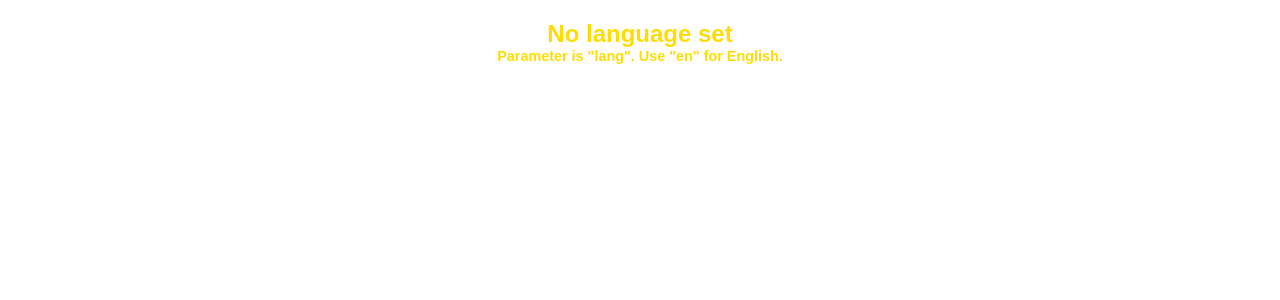
Repository: cirisus/ArknighTimer
Page: timer.html
These files come from the project's save history. The page is drawn as it stood at one moment and after the next save; the edit follows.
The browser window is 1280 px wide. The pictures show the whole page.

Above is the page before, as saved 2024-03-09 00:16:43.

### timer.html
<!DOCTYPE html>
<html>
  <head>
    <meta charset="UTF-8">
    <meta name="description" content="明日方舟同人中文站计时器本体">
    <meta name="keywords" content="arknights,wiki,timer">
    <link rel="stylesheet" href="/ArknighTimer/timer.css">
    <script src="/ArknighTimer/timer.js"></script>
    <title>计时器初始化中……</title>
  </head>

  <body>
    <noscript>This application requires Javascript to function.</noscript>

    <div id="timer">
      <h2 id="title"></h2>

      <div id="clock">
        <div id="years-div" class="unit">
          <span id="years" class="unit-value"></span>
          <span id="years-label" class="unit-label"></span>
        </div>

        <div id="months-div" class="unit">
          <span id="months" class="unit-value"></span>
          <span id="months-label" class="unit-label"></span>
        </div>

        <div id="days-div" class="unit">
          <span id="days" class="unit-value"></span>
          <span id="days-label" class="unit-label"></span>
        </div>

        <div id="hours-div" class="unit">
          <span id="hours" class="unit-value"></span>
          <span id="hours-label" class="unit-label"></span>
        </div>

        <div id="minutes-div" class="unit">
          <span id="minutes" class="unit-value"></span>
          <span id="minutes-label" class="unit-label"></span>
        </div>

        <div id="seconds-div" class="unit">
          <span id="seconds" class="unit-value"></span>
          <span id="seconds-label" class="unit-label"></span>
        </div>
      </div>
    </div>
  </body>
</html>

### timer.css
@import url('https://fonts.googleapis.com/css2?family=Bebas+Neue&display=swap');
/* Main elements */
body {
  font-family: Arial, sans-serif;
}
#timer {
  border-color: rgb(var(--primary-accent));
  background: repeating-linear-gradient(-45deg, rgb(var(--primary-accent)), rgb(var(--primary-accent)) 45px, rgb(var(--secondary-accent)) 0, rgb(var(--secondary-accent)) 90px);
}
#title {
  text-align: center;
}

#clock {
  background-color: rgb(var(--scale-3));
  -webkit-backdrop-filter: blur(5rem);
  backdrop-filter: blur(5rem);
  text-align: center;
  border-radius: 0.25em;
  padding: 1em;
  margin: 1em;
}

.unit {
  display: inline-block;
  margin: 0.5em;
}

.unit-value {
  font-family: "Bebas Neue", sans-serif;
  font-size: 2em;
  background-color: #ccc;
  border-radius: 0.25em;
  padding: 0.15em;
}

.unit-label {
  font-size: 1.5em;
}

/* Basic utility classes */
.hidden {
  display: none;
}

.error {
  color: #fd0;
}

.error-secondary {
  font-size: 0.6em;
}

.progress {
  color: black;
}

.finished {
  color: #282;
}

### timer.js
// Constants
var SECONDS_MS = 1000;
var MINUTES_MS = SECONDS_MS * 60;
var HOURS_MS = MINUTES_MS * 60;
var DAYS_MS = HOURS_MS * 24;

var SECONDS_ENUM = 0;
var MINUTES_ENUM = 1;
var HOURS_ENUM = 2;
var DAYS_ENUM = 3;
var MONTHS_ENUM = 4;
var YEARS_ENUM = 5;

// Initialization errors are only in English unfortunately.
function setError(primary, secondary = null) {
  var titleElement = document.getElementById('title');
  titleElement.classList.add('error');
  titleElement.innerText = primary;

  var clockElement = document.getElementById('clock');
  clockElement.classList.add('hidden');

  if (secondary) {
    var messageElement = document.createElement('div');
    messageElement.classList.add('error-secondary');
    messageElement.innerText = secondary;
    titleElement.appendChild(messageElement);
  }
}

// Localization
function getMessage(language, messageKey) {
  var translations = {
    // English
    'en': {
      'timer-description': 'Timer expiring at',
      'timer-progress': 'This timer will expire in',
      'timer-finished': 'This timer has been expired since',
      'years': 'years',
      'months': 'months',
      'days': 'days',
      'hours': 'hours',
      'minutes': 'minutes',
      'seconds': 'seconds',
    },

    // French
    'fr': {
      'timer-description': 'Fin du compte à rebours à',
      'timer-progress': 'Ce compte à rebours se terminera dans',
      'timer-finished': 'Ce compte à rebous est terminé depuis',
      'years': 'ans',
      'months': 'mois',
      'days': 'jours',
      'hours': 'heures',
      'minutes': 'minutes',
      'seconds': 'secondes',
    },

    // Pig Latin
    'pig': {
      'timer-description': 'Imertay expiringyay atyay',
      'timer-progress': 'Isthay imertay illway expireyay inyay',
      'timer-finished': 'Isthay imertay ashay eenbay expiredyay incesay',
      'years': 'earsyay',
      'months': 'onthsmay',
      'days': 'aysday',
      'hours': 'ourshay',
      'minutes': 'inutesmay',
      'seconds': 'econdssay',
    },

    // Spanish
    'es': {
      'timer-description': 'El temporizador finaliza en',
      'timer-progress': 'El temporizador finalizará en',
      'timer-finished': 'El temporizador ha finalizado desde hace',
      'years': 'años',
      'months': 'meses',
      'days': 'días',
      'hours': 'horas',
      'minutes': 'minutos',
      'seconds': 'segundos',
    },

    // Vietnamese
    'vi': {
      'timer-description': 'Đồng hồ kết thúc vào',
      'timer-progress': 'Đồng hồ sẽ kết thúc trong',
      'timer-finished': 'Đồng hồ này đã kết thúc kể từ',
      'years': 'năm',
      'months': 'tháng',
      'days': 'ngày',
      'hours': 'giờ',
      'minutes': 'phút',
      'seconds': 'giây',
    },

    // Simplified Chinese
    'cn': {
      'timer-description': '此计时器将过期于：',
      'timer-progress': '此计时器将过期于：',
      'timer-finished': '此计时器已过期：',
      'years': '年',
      'months': '月',
      'days': '日',
      'hours': '时',
      'minutes': '分',
      'seconds': '秒',
    },
  };

  // Special case:
  // The 'test' language just echoes the message key back out.
  if (language === 'test') {
    return messageKey;
  }

  // Get message based on language
  var messages = translations[language];
  if (!messages) {
    setError('No translations for language: ' + language);
    return null;
  }

  var message = messages[messageKey];
  if (!message) {
    setError('No such message key: ' + messageKey);
    return null;
  }

  return message;
}

function insertCSS(styling) {
  var head = document.head || document.getElementsByTagName('head')[0];
  var style = document.createElement('style');

  style.type = 'text/css';
  style.appendChild(document.createTextNode(styling));
  head.appendChild(style);
}

function getDaysInFebruary(startYear) {
  return (startYear % 4 === 0 && startYear % 100 !== 0)
    || startYear % 400 === 0 ? 29 : 28;
}

function elapsedData(targetTime) {
  var now = new Date();
  var elapsed = now - targetTime;

  if (elapsed >= 0) {
    // Date is in the past
    return {
      elapsed: elapsed,
      finished: true,
      startTime: targetTime,
      endTime: now,
    };
  } else {
    // Date is in the future
    return {
      elapsed: -elapsed,
      finished: false,
      startTime: now,
      endTime: targetTime,
    };
  }
}

// Based on https://stackoverflow.com/a/49201872
// Calculate differences greater than a day.
function dateDiff(startDate, endDate) {
  // Trim sub-day differences to avoid 0.8 days from rounding up.
  var diff = endDate - startDate;
  diff -= Math.floor(diff % DAYS_MS);
  endDate = new Date(startDate.getTime() + diff);

  // Get month data
  var february = getDaysInFebruary(startDate.getFullYear());
  var daysInMonth = [31, february, 31, 30, 31, 30, 31, 31, 30, 31, 30, 31];

  var yearDiff = endDate.getFullYear() - startDate.getFullYear();
  var monthDiff = endDate.getMonth() - startDate.getMonth();
  if (monthDiff < 0) {
    yearDiff--;
    monthDiff += 12;
  }

  var dayDiff = endDate.getDate() - startDate.getDate();
  if (dayDiff < 0) {
    if (monthDiff > 0) {
      monthDiff--;
    } else {
      yearDiff--;
      monthDiff = 11;
    }

    dayDiff += daysInMonth[startDate.getMonth()];
  }

  return {
    years: yearDiff,
    months: monthDiff,
    days: dayDiff,
  };
}

// Calculate difference in time, in all units
function timeRemaining(targetTime) {
  var data = elapsedData(targetTime);

  // Differences > 1 day
  var dateDiffs = dateDiff(data.startTime, data.endTime);
  var years = dateDiffs.years;
  var months = dateDiffs.months;
  var days = dateDiffs.days;

  // Differences < 1 day
  var elapsed = Math.floor(data.elapsed % DAYS_MS);

  var hours = Math.floor(elapsed / HOURS_MS);
  elapsed = Math.floor(elapsed % HOURS_MS);

  var minutes = Math.floor(elapsed / MINUTES_MS);
  elapsed = Math.floor(elapsed % MINUTES_MS);

  var seconds = Math.floor(elapsed / SECONDS_MS);
  elapsed = Math.floor(elapsed % MINUTES_MS);

  // Get highest unit present
  var highest;
  if (years > 0) {
    highest = YEARS_ENUM;
  } else if (months > 0) {
    highest = MONTHS_ENUM;
  } else if (days > 0) {
    highest = DAYS_ENUM;
  } else if (hours > 0) {
    highest = HOURS_ENUM;
  } else if (minutes > 0) {
    highest = MINUTES_ENUM;
  } else {
    highest = SECONDS_ENUM;
  }

  return {
    years: years,
    months: months,
    days: days,
    hours: hours,
    minutes: minutes,
    seconds: seconds,
    finished: data.finished,
    highest: highest,
  };
}

function setTimerField(language, field, value) {
  var visible = value !== null;

  if (visible) {
    document.getElementById(field).innerText = value;
  }

  setTimerFieldVisibility(field, visible);
}

function setTimerFieldVisibility(field, visible) {
  var element = document.getElementById(field + '-div');

  if (visible) {
    element.classList.remove('hidden');
  } else {
    element.classList.add('hidden');
  }
}

function createTimer(language, targetTime, progressMessage, finishedMessage) {
  progressMessage = progressMessage || getMessage(language, 'timer-progress');
  finishedMessage = finishedMessage || getMessage(language, 'timer-finished');

  // Update routine, to invoke every second
  var timerFields = [
    ['years', YEARS_ENUM, 1],
    ['months', MONTHS_ENUM, 1],
    ['days', DAYS_ENUM, 1],
    ['hours', HOURS_ENUM, 2],
    ['minutes', MINUTES_ENUM, 2],
    ['seconds', SECONDS_ENUM, 2],
  ];

  // Initial application of field labels
  for (var i = 0; i < timerFields.length; i++) {
    var field = timerFields[i][0];
    document.getElementById(field + '-label').innerText = getMessage(language, field);
  }

  function updateTimer() {
    var remaining = timeRemaining(targetTime);

    // Set title message
    var titleElement = document.getElementById('title');

    if (remaining.finished) {
      titleElement.innerText = finishedMessage;
      titleElement.classList = ['finished'];
    } else {
      titleElement.innerText = progressMessage;
      titleElement.classList = ['progress'];
    }

    // Set individual timer fields
    for (var i = 0; i < timerFields.length; i++) {
      var field = timerFields[i][0];
      var fieldEnum = timerFields[i][1];
      var padWidth = timerFields[i][2];

      // If the value is to be shown, then display it.
      // Ensure digits are padded to the appropriate width.
      var value = remaining.highest >= fieldEnum
        ? String(remaining[field]).padStart(padWidth, '0')
        : null;

      setTimerField(language, field, value);
    }
  }

  // Set title.
  // Since this is meant to be used as an iframe, setting it every tick is pointless.
  document.title = getMessage(language, 'timer-description') + ' ' + targetTime;

  // Configure timer to run regularly.
  updateTimer();
  setInterval(updateTimer, 1000);
}

function setup() {
  // Get parameters
  var url = new URL(window.location.href);
  var parameters = new URLSearchParams(url.search);
  var language = parameters.get('lang');
  var timestamp = parameters.get('time');
  var progressMessage = parameters.get('progress');
  var finishedMessage = parameters.get('finished');
  var styling = parameters.get('style'); // allows custom CSS to be injected

  // Check parameters
  if (!language) {
    setError('No language set', 'Parameter is "lang". Use "en" for English.');
    return;
  }

  if (!timestamp) {
    setError('No timestamp set', 'Parameter is "time". You can use a UNIX timestamp or an ISO string.');
    return;
  }

  var targetTime;
  if (/^\d+(\.\d+)?$/.exec(timestamp)) {
    targetTime = new Date(parseFloat(timestamp) * 1000);
  } else {
    targetTime = new Date(timestamp);
    if (isNaN(targetTime)) {
      setError('Invalid timestamp', timestamp);
      return;
    }
  }

  // Insert custom CSS, if any
  if (styling !== null) {
    insertCSS(styling);
  }

  // Initialize clock
  createTimer(language, targetTime, progressMessage, finishedMessage);
}

setTimeout(setup, 5);

After the next save:
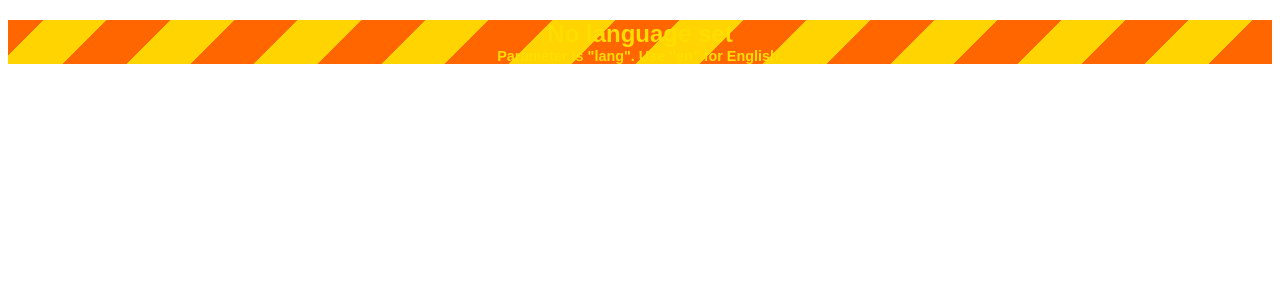
Saved 14 min 46 s later.
--- a/timer.css
+++ b/timer.css
@@ -1,5 +1,8 @@
 @import url('https://fonts.googleapis.com/css2?family=Bebas+Neue&display=swap');
-/* Main elements */
+:root {
+  --primary-accent: 255, 102, 0;
+  --secondary-accent: 255, 212, 0;
+}
 body {
   font-family: Arial, sans-serif;
 }
